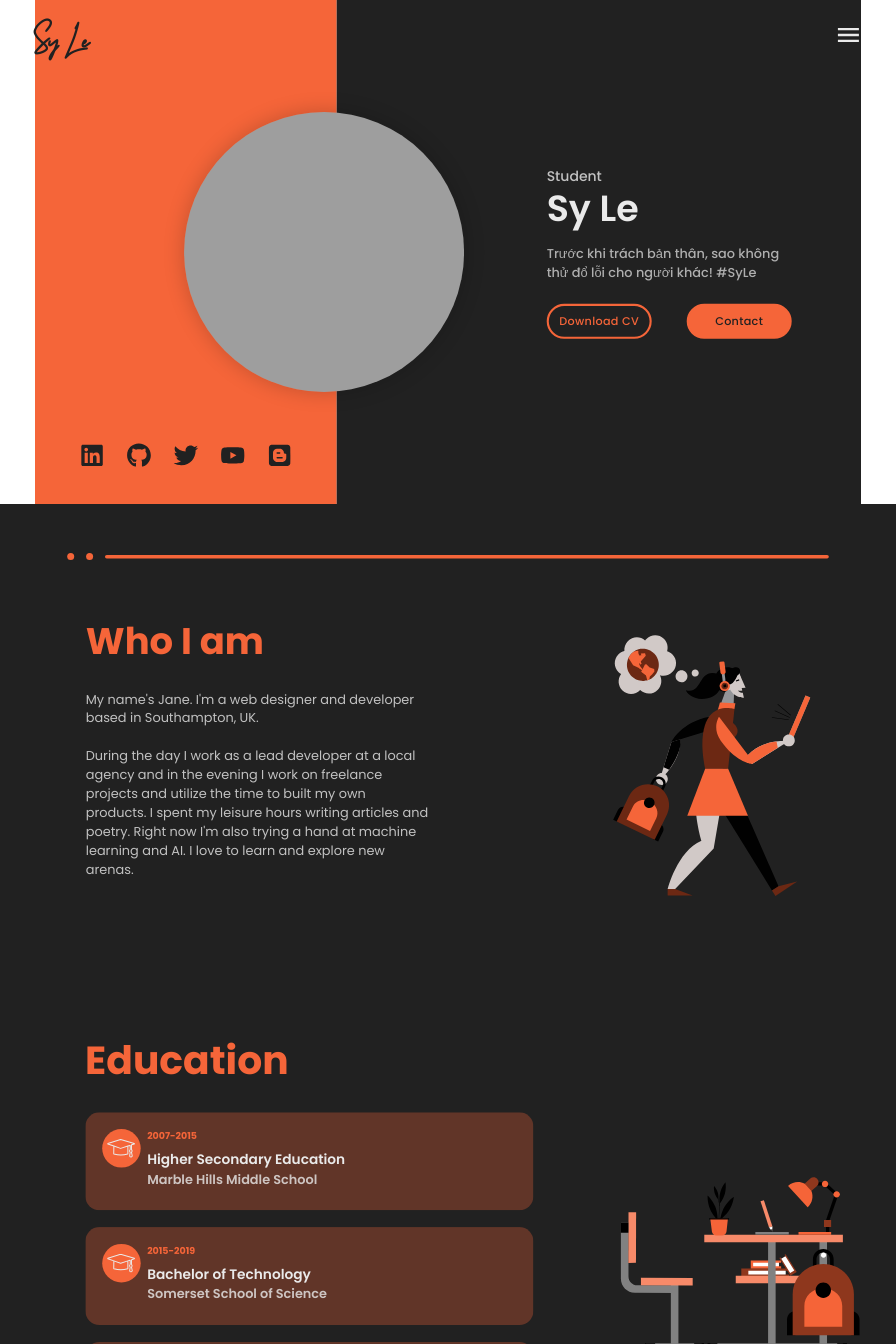
Repository: SyLe-Van/Webite_Subject
Page: / (app in Lab3/Homework/homework4/)
The author's editor kept a copy of each file at every save. The page is drawn from the files as they stood at one save, then again after the next save.
The browser window is 1280 px wide. The pictures show the part of the page from y = 0 to 1920 px (the page is 7857 px tall), at 70% of full size.
Pictures or frames that could not be fetched are drawn as grey boxes. Some web fonts or font styles are not loaded; a fallback is used. The project was rebuilt for these pictures with package versions that can differ from the ones it lists, and the page was loaded fresh each time. Also part of the build but not shown: Lab3/Homework/homework4/src/pages/Blog/BlogPage.css, Lab3/Homework/homework4/src/pages/Blog/BlogPage.js, Lab3/Homework/homework4/src/pages/Project/ProjectPage.css, Lab3/Homework/homework4/src/pages/Project/ProjectPage.js. Imported but missing from the stored project, and not drawn on this page: Lab3/Homework/homework4/src/assets/pdf/resume.pdf.

Above is the page before, as saved 2023-12-01 15:53:54.

After the next save:
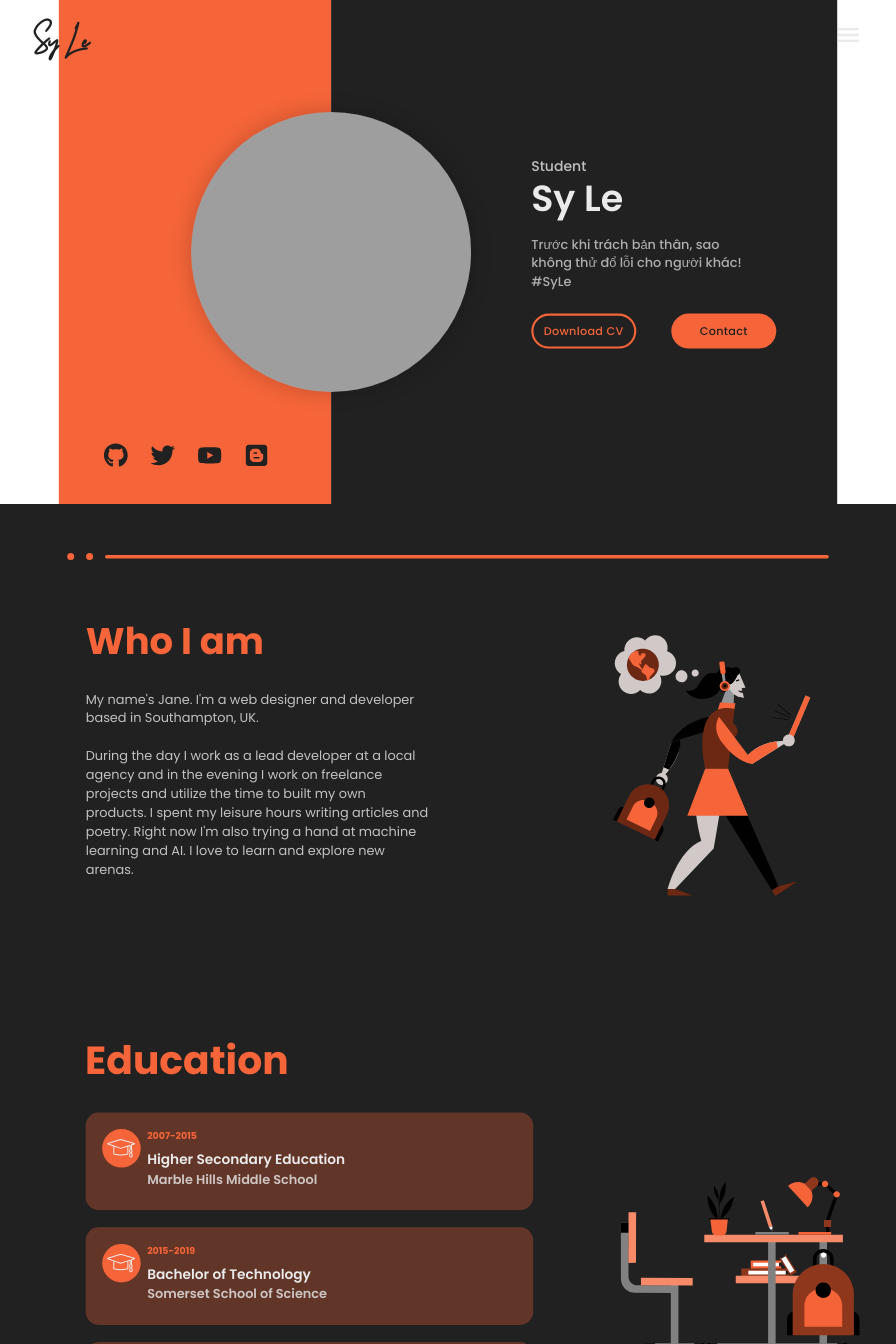
Saved 66 s later.
--- a/Lab3/Homework/homework4/src/components/Landing/Landing.js
+++ b/Lab3/Homework/homework4/src/components/Landing/Landing.js
@@ -75,19 +75,7 @@ function Landing() {
                     style={{ backgroundColor: theme.primary }}
                 >
                     <div className='lcl--content'>
-                        {socialsData.linkedIn && (
-                            <a
-                                href={socialsData.linkedIn}
-                                target='_blank'
-                                rel='noreferrer'
-                            >
-                                <FaLinkedin
-                                    className='landing--social'
-                                    style={{ color: theme.secondary }}
-                                    aria-label='LinkedIn'
-                                />
-                            </a>
-                        )}
+
                         {socialsData.github && (
                             <a
                                 href={socialsData.github}
